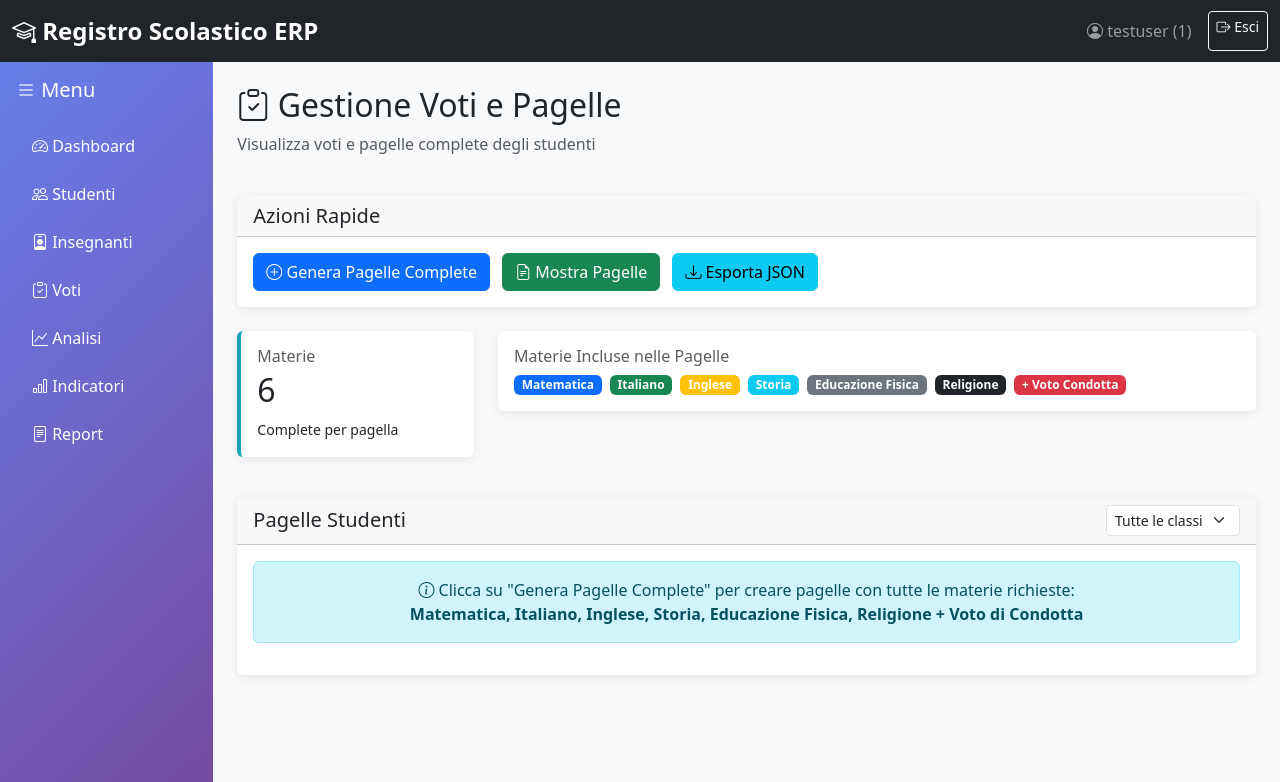
Repository: ballales1984-wq/ManagerSchool
Page: http://localhost/voti
These files come from the project's save history. The page is drawn as it stood at one moment and after the next save; the edit follows.
The browser window is 1280 px wide. The pictures show the whole page.
The page is served by the project's application, run on Flask 3 (interfaccia_erp.py). The session is filled in as if someone had signed in: {"username": "testuser", "ruolo": 1}. Other server files are loaded and not shown.

Above is the page before, as saved 2025-10-28 06:31:45.

### templates/voti.html
{% extends "base.html" %}

{% block title %}Voti - Registro Scolastico ERP{% endblock %}

{% block content %}
<div class="row mb-4">
    <div class="col">
        <h2><i class="bi bi-clipboard-check"></i> Gestione Voti e Pagelle</h2>
        <p class="text-muted">Visualizza voti e pagelle complete degli studenti</p>
    </div>
</div>

<!-- Azioni rapide -->
<div class="row mb-4">
    <div class="col">
        <div class="card">
            <div class="card-header">
                <h5 class="mb-0">Azioni Rapide</h5>
            </div>
            <div class="card-body">
                <button class="btn btn-primary me-2" onclick="generaPagelleComplete()">
                    <i class="bi bi-plus-circle"></i> Genera Pagelle Complete
                </button>
                <button class="btn btn-success me-2" onclick="mostraPagelle()">
                    <i class="bi bi-file-earmark-text"></i> Mostra Pagelle
                </button>
                <button class="btn btn-info" onclick="esportaPagelle()">
                    <i class="bi bi-download"></i> Esporta JSON
                </button>
            </div>
        </div>
    </div>
</div>

<!-- Statistiche Voti -->
<div class="row mb-4">
    <div class="col-md-3 mb-3">
        <div class="card stat-card info">
            <div class="card-body">
                <h6 class="text-muted mb-1">Materie</h6>
                <h2>6</h2>
                <small>Complete per pagella</small>
            </div>
        </div>
    </div>
    <div class="col-md-9">
        <div class="card">
            <div class="card-body">
                <h6 class="text-muted mb-2">Materie Incluse nelle Pagelle</h6>
                <div class="d-flex flex-wrap gap-2">
                    <span class="badge bg-primary">Matematica</span>
                    <span class="badge bg-success">Italiano</span>
                    <span class="badge bg-warning">Inglese</span>
                    <span class="badge bg-info">Storia</span>
                    <span class="badge bg-secondary">Educazione Fisica</span>
                    <span class="badge bg-dark">Religione</span>
                    <span class="badge bg-danger">+ Voto Condotta</span>
                </div>
            </div>
        </div>
    </div>
</div>

<!-- Area Pagelle -->
<div class="row">
    <div class="col">
        <div class="card">
            <div class="card-header d-flex justify-content-between align-items-center">
                <h5 class="mb-0">Pagelle Studenti</h5>
                <div>
                    <select class="form-select form-select-sm d-inline-block w-auto" id="filtroClasse">
                        <option value="">Tutte le classi</option>
                        <option value="1A">1A</option>
                        <option value="2A">2A</option>
                        <option value="3A">3A</option>
                        <option value="4A">4A</option>
                        <option value="5A">5A</option>
                    </select>
                </div>
            </div>
            <div class="card-body">
                <div id="pagelleContainer">
                    <div class="alert alert-info text-center">
                        <i class="bi bi-info-circle"></i>
                        Clicca su "Genera Pagelle Complete" per creare pagelle con tutte le materie richieste:
                        <br><strong>Matematica, Italiano, Inglese, Storia, Educazione Fisica, Religione + Voto di Condotta</strong>
                    </div>
                </div>
            </div>
        </div>
    </div>
</div>

<!-- Template Pagella -->
<template id="pagellaTemplate">
    <div class="pagella-card border rounded mb-3 p-3">
        <div class="row">
            <div class="col-md-4">
                <h6 class="mb-1"><strong class="student-name"></strong></h6>
                <p class="text-muted mb-2">
                    <small>Classe: <span class="student-class"></span> | Età: <span class="student-age"></span> anni</small>
                </p>
                <div class="mb-2">
                    <span class="badge bg-success">Media: <span class="media-generale"></span></span>
                    <span class="badge bg-primary ms-1">Condotta: <span class="voto-condotta"></span></span>
                </div>
                <p class="text-muted small mb-0">
                    Assenze: <span class="assenze"></span> |
                    <span class="note-pagella"></span>
                </p>
            </div>
            <div class="col-md-8">
                <div class="row g-2 voti-materie">
                    <!-- Voti materie inseriti dinamicamente -->
                </div>
            </div>
        </div>
    </div>
</template>

{% endblock %}

{% block extra_js %}
<script>
let pagelleData = [];

async function generaPagelleComplete() {
    try {
        const btn = event.target;
        btn.disabled = true;
        btn.innerHTML = '<i class="bi bi-hourglass-split"></i> Generando...';

        // Simula generazione (in un sistema reale faresti una chiamata API)
        await new Promise(resolve => setTimeout(resolve, 2000));

        // Ricarica pagina per mostrare nuovi dati
        location.reload();

    } catch (error) {
        console.error('Errore generazione pagelle:', error);
        alert('Errore durante la generazione delle pagelle');
    }
}

async function mostraPagelle() {
    try {
        // In un sistema reale, faresti una chiamata API per ottenere le pagelle
        const response = await fetch('/api/studenti');
        const studenti = await response.json();

        if (studenti.length === 0) {
            document.getElementById('pagelleContainer').innerHTML =
                '<div class="alert alert-warning">Nessun studente trovato. Genera prima alcuni studenti.</div>';
            return;
        }

        mostraPagelleSimulate(studenti);

    } catch (error) {
        console.error('Errore caricamento pagelle:', error);
        document.getElementById('pagelleContainer').innerHTML =
            '<div class="alert alert-danger">Errore durante il caricamento delle pagelle</div>';
    }
}

function mostraPagelleSimulate(studenti) {
    const materie = ['Matematica', 'Italiano', 'Inglese', 'Storia', 'Educazione Fisica', 'Religione'];
    const container = document.getElementById('pagelleContainer');
    const template = document.getElementById('pagellaTemplate');

    container.innerHTML = '';

    studenti.slice(0, 10).forEach(studente => {  // Mostra primi 10
        const clone = template.content.cloneNode(true);

        // Genera voti simulati per ogni materia
        const votiMaterie = {};
        let sommaVoti = 0;

        materie.forEach(materia => {
            // Voto simulato basato sulla fragilità
            const baseVoto = 7.5 - (studente.fragilita || 20) / 50;
            let voto = baseVoto + (Math.random() - 0.5) * 2;

            // Aggiustamenti per materie specifiche
            if (materia === 'Educazione Fisica') voto += 0.5;
            if (materia === 'Religione') voto += 0.3;

            voto = Math.max(3, Math.min(10, voto));
            votiMaterie[materia] = Math.round(voto * 10) / 10;
            sommaVoti += votiMaterie[materia];
        });

        const mediaGenerale = Math.round((sommaVoti / materie.length) * 100) / 100;
        const votoCondotta = Math.round((8.5 - (studente.fragilita || 20) / 100 + Math.random() * 0.5) * 10) / 10;
        const assenze = Math.floor((studente.fragilita || 20) / 5) + Math.floor(Math.random() * 10);

        // Riempi template
        clone.querySelector('.student-name').textContent = studente.nome_completo || `${studente.nome} ${studente.cognome}`;
        clone.querySelector('.student-class').textContent = studente.classe || 'N/A';
        clone.querySelector('.student-age').textContent = studente.eta || 'N/A';
        clone.querySelector('.media-generale').textContent = mediaGenerale;
        clone.querySelector('.voto-condotta').textContent = votoCondotta;
        clone.querySelector('.assenze').textContent = assenze;

        // Note basate sulla media
        let nota = 'Rendimento regolare';
        if (mediaGenerale >= 8) nota = 'Ottimo rendimento';
        else if (mediaGenerale >= 7) nota = 'Buon rendimento';
        else if (mediaGenerale < 6) nota = 'Necessita supporto';

        clone.querySelector('.note-pagella').textContent = nota;

        // Voti per materia
        const votiContainer = clone.querySelector('.voti-materie');
        Object.entries(votiMaterie).forEach(([materia, voto]) => {
            const col = document.createElement('div');
            col.className = 'col-md-4 col-sm-6';

            let badgeClass = 'bg-secondary';
            if (voto >= 8) badgeClass = 'bg-success';
            else if (voto >= 7) badgeClass = 'bg-primary';
            else if (voto >= 6) badgeClass = 'bg-warning';
            else badgeClass = 'bg-danger';

            col.innerHTML = `
                <div class="d-flex justify-content-between align-items-center p-2 border rounded">
                    <small class="text-muted">${materia}</small>
                    <span class="badge ${badgeClass}">${voto}</span>
                </div>
            `;
            votiContainer.appendChild(col);
        });

        container.appendChild(clone);
    });
}

function esportaPagelle() {
    if (pagelleData.length === 0) {
        alert('Nessuna pagella da esportare. Genera prima le pagelle.');
        return;
    }

    const dataStr = JSON.stringify(pagelleData, null, 2);
    const dataBlob = new Blob([dataStr], {type: 'application/json'});

    const link = document.createElement('a');
    link.href = URL.createObjectURL(dataBlob);
    link.download = 'pagelle_complete.json';
    link.click();
}

// Carica pagelle all'avvio se disponibili
document.addEventListener('DOMContentLoaded', function() {
    // Carica automaticamente se ci sono studenti
    fetch('/api/studenti')
        .then(response => response.json())
        .then(studenti => {
            if (studenti.length > 0) {
                mostraPagelleSimulate(studenti);
            }
        })
        .catch(console.error);
});
</script>
{% endblock %}

### templates/base.html
<!DOCTYPE html>
<html lang="it">
<head>
    <meta charset="UTF-8">
    <meta name="viewport" content="width=device-width, initial-scale=1.0">
    <title>{% block title %}Registro Scolastico ERP{% endblock %}</title>

    <!-- Bootstrap CSS -->
    <link href="https://cdn.jsdelivr.net/npm/bootstrap@5.3.0/dist/css/bootstrap.min.css" rel="stylesheet">
    <!-- Bootstrap Icons -->
    <link rel="stylesheet" href="https://cdn.jsdelivr.net/npm/bootstrap-icons@1.11.0/font/bootstrap-icons.css">

    <style>
        .sidebar {
            min-height: 100vh;
            background: linear-gradient(135deg, #667eea 0%, #764ba2 100%);
        }
        .main-content {
            background-color: #f8f9fa;
            min-height: 100vh;
        }
        .navbar-brand {
            font-weight: 700;
            font-size: 1.5rem;
        }
        .card {
            border: none;
            box-shadow: 0 2px 10px rgba(0,0,0,0.08);
            transition: transform 0.2s;
        }
        .card:hover {
            transform: translateY(-5px);
        }
        .stat-card {
            border-left: 4px solid;
        }
        .stat-card.primary { border-left-color: #667eea; }
        .stat-card.success { border-left-color: #28a745; }
        .stat-card.warning { border-left-color: #ffc107; }
        .stat-card.danger { border-left-color: #dc3545; }
        .stat-card.info { border-left-color: #17a2b8; }
    </style>

    {% block extra_css %}{% endblock %}
</head>
<body>
    {% if session.username %}
    <!-- Navigation Bar -->
    <nav class="navbar navbar-dark bg-dark">
        <div class="container-fluid">
            <a class="navbar-brand" href="/dashboard">
                <i class="bi bi-mortarboard"></i> Registro Scolastico ERP
            </a>
            <div class="d-flex">
                <span class="navbar-text me-3">
                    <i class="bi bi-person-circle"></i> {{ session.username }} ({{ session.ruolo }})
                </span>
                <a href="/logout" class="btn btn-outline-light btn-sm">
                    <i class="bi bi-box-arrow-right"></i> Esci
                </a>
            </div>
        </div>
    </nav>

    <div class="container-fluid">
        <div class="row">
            <!-- Sidebar -->
            <div class="col-md-2 p-0">
                <div class="sidebar text-white">
                    <div class="p-3">
                        <h5 class="mb-4"><i class="bi bi-list"></i> Menu</h5>
                        <ul class="nav flex-column">
                            <li class="nav-item mb-2">
                                <a class="nav-link text-white {% if request.endpoint == 'dashboard' %}active{% endif %}" href="/dashboard">
                                    <i class="bi bi-speedometer2"></i> Dashboard
                                </a>
                            </li>
                            <li class="nav-item mb-2">
                                <a class="nav-link text-white {% if request.endpoint == 'pagina_studenti' %}active{% endif %}" href="/studenti">
                                    <i class="bi bi-people"></i> Studenti
                                </a>
                            </li>
                            <li class="nav-item mb-2">
                                <a class="nav-link text-white {% if request.endpoint == 'pagina_insegnanti' %}active{% endif %}" href="/insegnanti">
                                    <i class="bi bi-person-badge"></i> Insegnanti
                                </a>
                            </li>
                            <li class="nav-item mb-2">
                                <a class="nav-link text-white {% if request.endpoint == 'pagina_voti' %}active{% endif %}" href="/voti">
                                    <i class="bi bi-clipboard-check"></i> Voti
                                </a>
                            </li>
                            <li class="nav-item mb-2">
                                <a class="nav-link text-white {% if request.endpoint == 'pagina_analisi' %}active{% endif %}" href="/analisi">
                                    <i class="bi bi-graph-up"></i> Analisi
                                </a>
                            </li>
                            <li class="nav-item mb-2">
                                <a class="nav-link text-white {% if request.endpoint == 'pagina_indicatori' %}active{% endif %}" href="/indicatori">
                                    <i class="bi bi-bar-chart"></i> Indicatori
                                </a>
                            </li>
                            <li class="nav-item mb-2">
                                <a class="nav-link text-white {% if request.endpoint == 'pagina_report' %}active{% endif %}" href="/report">
                                    <i class="bi bi-file-text"></i> Report
                                </a>
                            </li>
                        </ul>
                    </div>
                </div>
            </div>

            <!-- Main Content -->
            <div class="col-md-10 main-content">
                <div class="container-fluid py-4">
                    {% block content %}{% endblock %}
                </div>
            </div>
        </div>
    </div>
    {% else %}
        {% block public_content %}{% endblock %}
    {% endif %}

    <!-- Bootstrap JS -->
    <script src="https://cdn.jsdelivr.net/npm/bootstrap@5.3.0/dist/js/bootstrap.bundle.min.js"></script>
    {% block extra_js %}{% endblock %}
</body>
</html>

Loaded but not shown: interfaccia_erp.py (506 lines, source omitted); accesso.py (356 lines, source omitted)

After the next save:
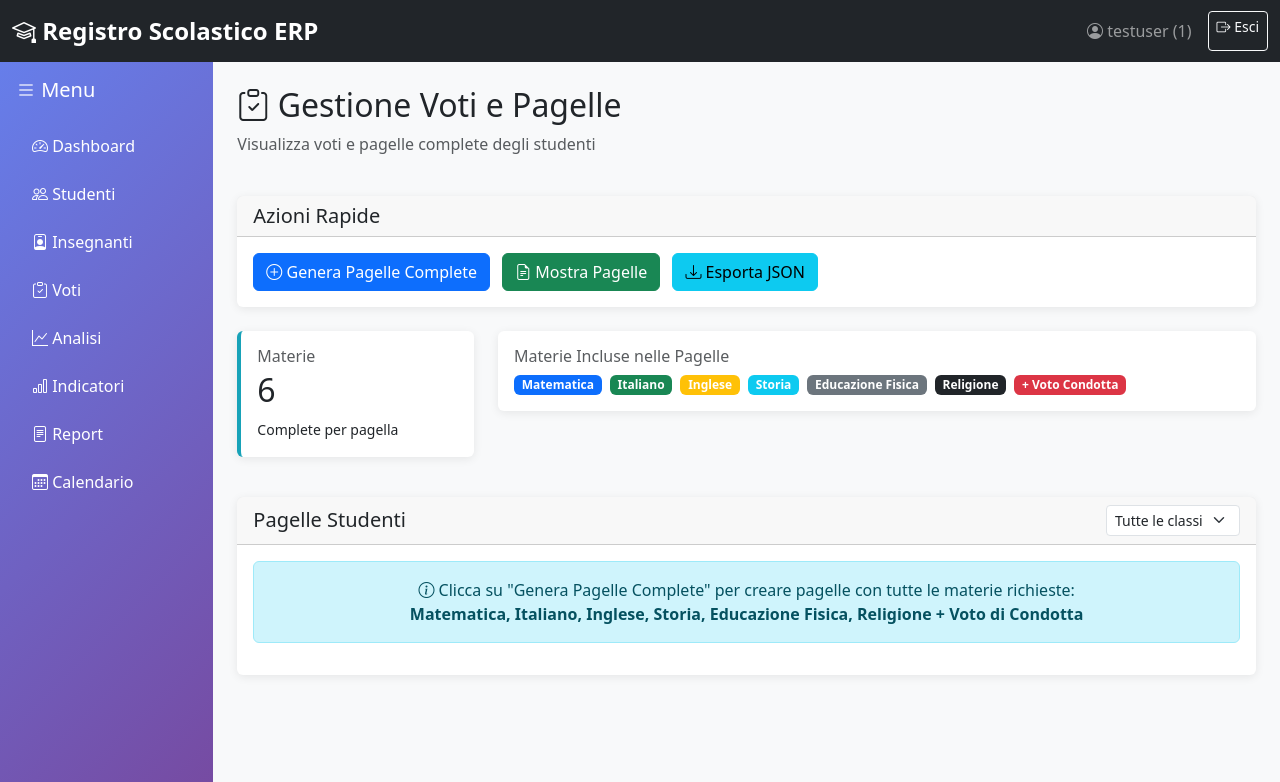
Saved 16 s later.
--- a/templates/base.html
+++ b/templates/base.html
@@ -105,6 +105,11 @@
                                     <i class="bi bi-file-text"></i> Report
                                 </a>
                             </li>
+                            <li class="nav-item mb-2">
+                                <a class="nav-link text-white {% if request.endpoint == 'pagina_calendario' %}active{% endif %}" href="/calendario">
+                                    <i class="bi bi-calendar3"></i> Calendario
+                                </a>
+                            </li>
                         </ul>
                     </div>
                 </div>
